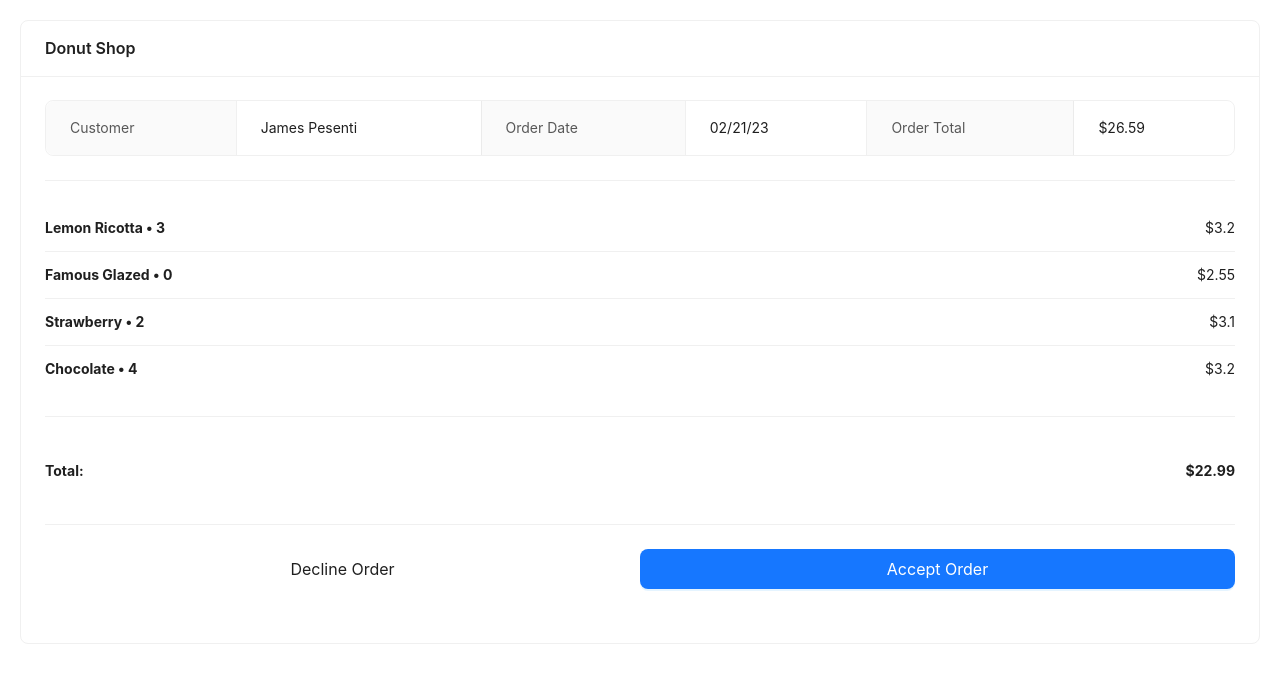
Repository: JamesPesenti/DonutShopDashboard
Page: /settings
An editor plug-in stored every save of this project. The page is shown before and after the next save, followed by the edit.
The browser window is 1280 px wide. The pictures show the whole page.
The project was rebuilt for these pictures with package versions that can differ from the ones it lists, and the page was loaded fresh each time.

Above is the page before, as saved 2023-03-22 14:34:12.

### src/App.js
import { Card, Descriptions, Divider, List, Button } from "antd"
import donuts from "../src/data/donuts"

function App() {
  return (
    <>
      <Card style={{ margin: 20 }} title={"Donut Shop"}>
        <Descriptions bordered column={{lg: 1, md: 1, sm: 1}}>
          <Descriptions.Item label="Customer">
            James Pesenti
          </Descriptions.Item>
          <Descriptions.Item label="Order Date">
            02/21/23
          </Descriptions.Item>
          <Descriptions.Item label="Order Total">
            $26.59
          </Descriptions.Item>
        </Descriptions>
        <Divider />
        <List
          dataSource={donuts}
          renderItem={(donutItem) => (
            <List.Item>
              <div style={{fontWeight: "bold"}}>{donutItem.flavor}   &#8226; {donutItem.quantity}</div>
              <div>${donutItem.price}</div>
            </List.Item>
          )}
        />
        <Divider />
        <div style={styles.totalContainer}>
          <h4>Total:</h4>
          <h4 style={styles.price}>$22.99</h4>
        </div>
        <Divider />
        <div style={styles.buttonsContainer}>
          <Button style={styles.button} block type="danger" size="large">
            Decline Order
          </Button>
          <Button style={styles.button} block type="primary" size="large">
            Accept Order
          </Button>
        </div>
      </Card>
    </>
  );
}

const styles = {
  totalContainer: {
    display: "flex",
    flexDirection: "row",
  },
  price: {
    marginLeft: "auto",
  },
  buttonsContainer: {
    display: "flex",
    flexDirection: "row",
    marginHorizontal: 50,
    paddingBottom: 30
  },
  button: {
    marginHorizontal: 0
  }
}

export default App;

### src/data/donuts.js
export default [
    {
        flavor: "Lemon Ricotta",
        image: "https://t3.ftcdn.net/jpg/04/90/71/94/240_F_490719448_y4LhTnor5VL2gk9DYhwIw3ZRcZQ1beeD.jpg",
        price: 3.20,
        avgRating: 4.8,
        calories: 190,
        quantity: 3,
        descriptiion: "Made with fresh ricotta and lemon zest",
    },
    {
        flavor: "Famous Glazed",
        image: "https://t3.ftcdn.net/jpg/00/70/16/96/240_F_70169698_gr2Xm6hqPIFLC2kAsjOVRATbBLVDZLn5.jpg",
        price: 2.55,
        avgRating: 4.7,
        calories: 242,
        quantity: 0,
        descriptiion: "Our famous, made fresh everyday glazed",
    },
    {
        flavor: "Strawberry",
        image: "https://t3.ftcdn.net/jpg/00/20/33/94/240_F_20339434_0DNEcWb7vTsrpw1g2tSHmrFc3Fh5G9C6.jpg",
        price: 3.10,
        avgRating: 4.6,
        calories: 189,
        quantity: 2,
        descriptiion: "Made with organic strawberries from florida",
    },
    {
        flavor: "Chocolate",
        image: "https://t3.ftcdn.net/jpg/02/54/64/44/240_F_254644452_0dCYufJiJP5Aw3LxX8x0hzlicqYsb5HR.jpg",
        price: 3.20,
        avgRating: 4.7,
        calories: 297,
        quantity: 4,
        descriptiion: "Tastes like a slice of chocolate cake!",
    },
]

Loaded but not shown: public/index.html (common file); src/index.js (common file); src/index.css (common file)

After the next save:
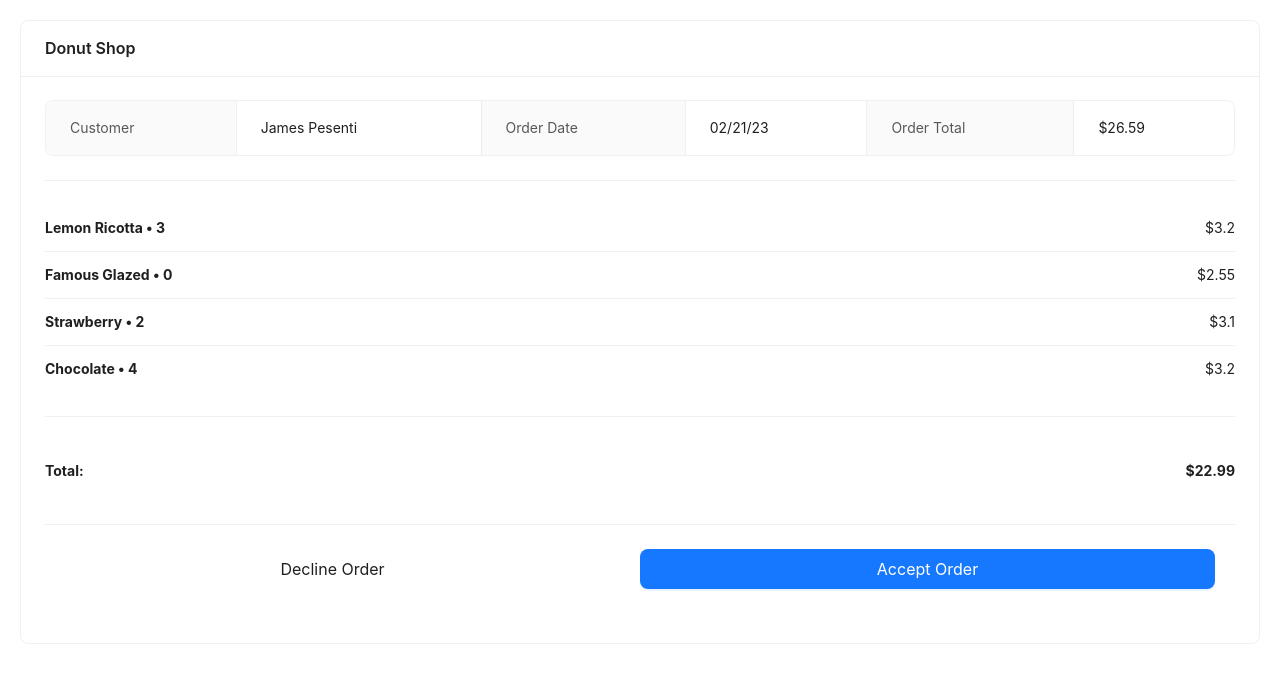
Saved 9 s later.
--- a/src/App.js
+++ b/src/App.js
@@ -60,7 +60,7 @@ const styles = {
     paddingBottom: 30
   },
   button: {
-    marginHorizontal: 0
+    marginRight: 20
   }
 }
 
